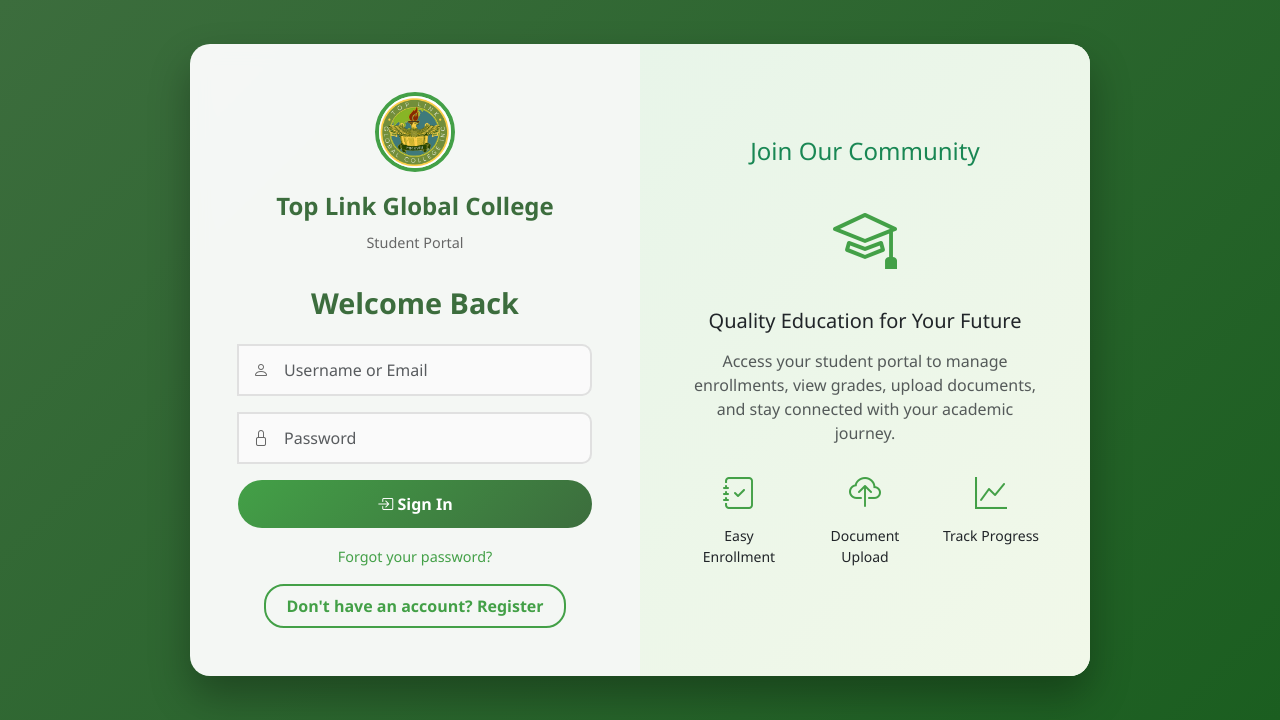
Repository: partymaker01/IT2C_Enrollment_System_SourceCode
Page: http://localhost/IT2C_Enrollment_System_SourceCode/logregfor/login.php
The author's editor kept a copy of each file at every save. The page is drawn from the files as they stood at one save, then again after the next save.
The browser window is 1280 px wide. The pictures show the whole page.
The page is run by PHP 8.4 with error messages shown; the project is at /var/www/html/.

Above is the page before, as saved 2025-06-08 22:54:23.

### logregfor/login.php
<?php
session_start();

// Redirect if already logged in
if (isset($_SESSION['student_id'])) {
    header("Location: ../student/student-dashboard.php");
    exit;
}

require_once '../db.php';

$message = '';
$messageType = '';

// Handle Registration
if ($_SERVER['REQUEST_METHOD'] === 'POST' && ($_POST['form_action'] ?? '') === 'register') {
    $username = trim($_POST['username'] ?? '');
    $firstName = trim($_POST['first_name'] ?? '');
    $middleName = trim($_POST['middle_name'] ?? '');
    $lastName = trim($_POST['last_name'] ?? '');
    $email = trim($_POST['email'] ?? '');
    $password = $_POST['password'] ?? '';
    $confirmPassword = $_POST['confirm_password'] ?? '';

    $errors = [];

    // Validation
    if (empty($username)) $errors[] = "Username is required.";
    if (empty($firstName)) $errors[] = "First name is required.";
    if (empty($lastName)) $errors[] = "Last name is required.";
    if (empty($email) || !filter_var($email, FILTER_VALIDATE_EMAIL)) $errors[] = "Valid email is required.";
    if (empty($password)) $errors[] = "Password is required.";
    if (strlen($password) < 6) $errors[] = "Password must be at least 6 characters long.";
    if ($password !== $confirmPassword) $errors[] = "Passwords do not match.";

    // Check if username or email already exists
    if (empty($errors)) {
        $stmt = $pdo->prepare("SELECT student_id FROM students WHERE username = ? OR email = ?");
        $stmt->execute([$username, $email]);
        if ($stmt->fetch()) {
            $errors[] = "Username or email already exists.";
        }
    }

    if (empty($errors)) {
        try {
            $hashedPassword = password_hash($password, PASSWORD_DEFAULT);
            $stmt = $pdo->prepare("INSERT INTO students (username, first_name, middle_name, last_name, email, password) VALUES (?, ?, ?, ?, ?, ?)");
            $stmt->execute([$username, $firstName, $middleName, $lastName, $email, $hashedPassword]);

            $message = "Registration successful! You can now log in.";
            $messageType = "success";
        } catch (PDOException $e) {
            $errors[] = "Registration failed. Please try again.";
        }
    }

    if (!empty($errors)) {
        $message = implode('<br>', $errors);
        $messageType = "danger";
    }
}

// Handle Login
if ($_SERVER['REQUEST_METHOD'] === 'POST' && ($_POST['form_action'] ?? '') === 'login') {
    $username = trim($_POST['username'] ?? '');
    $password = $_POST['password'] ?? '';

    if (empty($username) || empty($password)) {
        $message = "Please enter both username and password.";
        $messageType = "warning";
    } else {
        try {
            $stmt = $pdo->prepare("SELECT student_id, password, first_name FROM students WHERE username = ? OR email = ?");
            $stmt->execute([$username, $username]);
            $user = $stmt->fetch();

            if ($user && password_verify($password, $user['password'])) {
                $_SESSION['student_id'] = $user['student_id'];
                $_SESSION['student_name'] = $user['first_name'];
                $_SESSION['login_time'] = time();

                header("Location: ../student/student-dashboard.php");
                exit;
            } else {
                $message = "Invalid username/email or password.";
                $messageType = "danger";
            }
        } catch (PDOException $e) {
            $message = "Login failed. Please try again.";
            $messageType = "danger";
        }
    }
}
?>

<!DOCTYPE html>
<html lang="en">
<head>
    <meta charset="UTF-8">
    <meta name="viewport" content="width=device-width, initial-scale=1">
    <title>Student Portal - Top Link Global College</title>
    <link href="https://cdn.jsdelivr.net/npm/bootstrap@5.3.2/dist/css/bootstrap.min.css" rel="stylesheet">
    <link href="https://cdn.jsdelivr.net/npm/bootstrap-icons@1.11.0/font/bootstrap-icons.css" rel="stylesheet">
    <link rel="icon" href="../picture/tlgc_pic.jpg" type="image/x-icon">
    <style>
        :root {
            --primary-green:rgb(60, 109, 61);
            --light-green: #e8f5e9;
            --accent-green: #43a047;
            --hover-green: #c8e6c9;
            --dark-green: #1b5e20;
        }

        body {
            background: linear-gradient(135deg, var(--primary-green) 0%, var(--dark-green) 100%);
            min-height: 100vh;
            font-family: 'Segoe UI', Tahoma, Geneva, Verdana, sans-serif;
            display: flex;
            align-items: center;
            justify-content: center;
        }

        .login-container {
            background: rgba(255, 255, 255, 0.95);
            backdrop-filter: blur(10px);
            border-radius: 20px;
            box-shadow: 0 20px 40px rgba(0, 0, 0, 0.3);
            overflow: hidden;
            width: 100%;
            max-width: 900px;
            min-height: 600px;
            display: flex;
        }

        .login-form-section {
            flex: 1;
            padding: 3rem;
            display: flex;
            flex-direction: column;
            justify-content: center;
        }

        .register-form-section {
            flex: 1;
            padding: 3rem;
            display: flex;
            flex-direction: column;
            justify-content: center;
            background: linear-gradient(135deg, var(--light-green) 0%, #f1f8e9 100%);
        }

        .school-header {
            text-align: center;
            margin-bottom: 2rem;
        }

        .school-logo {
            width: 80px;
            height: 80px;
            object-fit: cover;
            border-radius: 50%;
            border: 4px solid var(--accent-green);
            margin-bottom: 1rem;
        }

        .school-name {
            color: var(--primary-green);
            font-weight: 700;
            font-size: 1.5rem;
            margin-bottom: 0.5rem;
        }

        .school-subtitle {
            color: #666;
            font-size: 0.9rem;
        }

        .form-title {
            color: var(--primary-green);
            font-weight: 700;
            font-size: 1.8rem;
            margin-bottom: 1.5rem;
            text-align: center;
        }

        .form-control {
            border: 2px solid #e0e0e0;
            border-radius: 10px;
            padding: 12px 15px;
            transition: all 0.3s ease;
            background-color: #fafafa;
        }

        .form-control:focus {
            border-color: var(--accent-green);
            box-shadow: 0 0 0 0.25rem rgba(67, 160, 71, 0.25);
            background-color: #fff;
        }

        .btn-login {
            background: linear-gradient(135deg, var(--accent-green) 0%, var(--primary-green) 100%);
            border: none;
            color: white;
            font-weight: 600;
            padding: 12px 30px;
            border-radius: 25px;
            transition: all 0.3s ease;
            width: 100%;
        }

        .btn-login:hover {
            transform: translateY(-2px);
            box-shadow: 0 8px 20px rgba(67, 160, 71, 0.4);
            color: white;
        }

        .btn-toggle {
            background: transparent;
            border: 2px solid var(--accent-green);
            color: var(--accent-green);
            font-weight: 600;
            padding: 8px 20px;
            border-radius: 20px;
            transition: all 0.3s ease;
            margin-top: 1rem;
        }

        .btn-toggle:hover {
            background: var(--accent-green);
            color: white;
        }

        .form-section {
            display: none;
        }

        .form-section.active {
            display: block;
        }

        .input-group {
            position: relative;
            margin-bottom: 1rem;
        }

        .input-group i {
            position: absolute;
            left: 15px;
            top: 50%;
            transform: translateY(-50%);
            color: #666;
            z-index: 10;
        }

        .input-group .form-control {
            padding-left: 45px;
        }

        .forgot-password {
            text-align: center;
            margin-top: 1rem;
        }

        .forgot-password a {
            color: var(--accent-green);
            text-decoration: none;
            font-size: 0.9rem;
        }

        .forgot-password a:hover {
            text-decoration: underline;
        }

        @media (max-width: 768px) {
            .login-container {
                flex-direction: column;
                margin: 1rem;
                min-height: auto;
            }

            .login-form-section,
            .register-form-section {
                padding: 2rem;
            }
        }
    </style>
</head>
<body>
    <div class="login-container">
        <!-- Login Section -->
        <div class="login-form-section">
            <div class="school-header">
                <img src="../picture/tlgc_pic.jpg" alt="School Logo" class="school-logo">
                <div class="school-name">Top Link Global College</div>
                <div class="school-subtitle">Student Portal</div>
            </div>

            <?php if ($message): ?>
                <div class="alert alert-<?= $messageType ?> alert-dismissible fade show" role="alert">
                    <?= $message ?>
                    <button type="button" class="btn-close" data-bs-dismiss="alert"></button>
                </div>
            <?php endif; ?>

            <!-- Login Form -->
            <div class="form-section active" id="loginForm">
                <h3 class="form-title">Welcome Back</h3>
                <form method="POST" action="">
                    <input type="hidden" name="form_action" value="login">

                    <div class="input-group">
                        <i class="bi bi-person"></i>
                        <input type="text" class="form-control" name="username" placeholder="Username or Email" required>
                    </div>

                    <div class="input-group">
                        <i class="bi bi-lock"></i>
                        <input type="password" class="form-control" name="password" placeholder="Password" required>
                    </div>

                    <button type="submit" class="btn-login">
                        <i class="bi bi-box-arrow-in-right"></i> Sign In
                    </button>
                </form>

                <div class="forgot-password">
                    <a href="forgot-password.php">Forgot your password?</a>
                </div>

                <div class="text-center">
                    <button type="button" class="btn-toggle" onclick="toggleForm()">
                        Don't have an account? Register
                    </button>
                </div>
            </div>

            <!-- Register Form -->
            <div class="form-section" id="registerForm">
                <h3 class="form-title">Create Account</h3>
                <form method="POST" action="">
                    <input type="hidden" name="form_action" value="register">

                    <div class="row">
                        <div class="col-md-6">
                            <div class="input-group">
                                <i class="bi bi-person"></i>
                                <input type="text" class="form-control" name="username" placeholder="Username" required>
                            </div>
                        </div>
                        <div class="col-md-6">
                            <div class="input-group">
                                <i class="bi bi-envelope"></i>
                                <input type="email" class="form-control" name="email" placeholder="Email" required>
                            </div>
                        </div>
                    </div>

                    <div class="row">
                        <div class="col-md-4">
                            <div class="input-group">
                                <i class="bi bi-person-badge"></i>
                                <input type="text" class="form-control" name="first_name" placeholder="First Name" required>
                            </div>
                        </div>
                        <div class="col-md-4">
                            <div class="input-group">
                                <i class="bi bi-person-badge"></i>
                                <input type="text" class="form-control" name="middle_name" placeholder="Middle Name">
                            </div>
                        </div>
                        <div class="col-md-4">
                            <div class="input-group">
                                <i class="bi bi-person-badge"></i>
                                <input type="text" class="form-control" name="last_name" placeholder="Last Name" required>
                            </div>
                        </div>
                    </div>

                    <div class="row">
                        <div class="col-md-6">
                            <div class="input-group">
                                <i class="bi bi-lock"></i>
                                <input type="password" class="form-control" name="password" placeholder="Password" required>
                            </div>
                        </div>
                        <div class="col-md-6">
                            <div class="input-group">
                                <i class="bi bi-lock-fill"></i>
                                <input type="password" class="form-control" name="confirm_password" placeholder="Confirm Password" required>
                            </div>
                        </div>
                    </div>

                    <button type="submit" class="btn-login">
                        <i class="bi bi-person-plus"></i> Create Account
                    </button>
                </form>

                <div class="text-center">
                    <button type="button" class="btn-toggle" onclick="toggleForm()">
                        Already have an account? Sign In
                    </button>
                </div>
            </div>
        </div>

        <!-- Info Section -->
        <div class="register-form-section">
            <div class="text-center">
                <h4 class="text-success mb-4">Join Our Community</h4>
                <div class="mb-4">
                    <i class="bi bi-mortarboard" style="font-size: 4rem; color: var(--accent-green);"></i>
                </div>
                <h5 class="mb-3">Quality Education for Your Future</h5>
                <p class="text-muted mb-4">
                    Access your student portal to manage enrollments, view grades,
                    upload documents, and stay connected with your academic journey.
                </p>
                <div class="row text-center">
                    <div class="col-4">
                        <i class="bi bi-journal-check" style="font-size: 2rem; color: var(--accent-green);"></i>
                        <p class="small mt-2">Easy Enrollment</p>
                    </div>
                    <div class="col-4">
                        <i class="bi bi-cloud-upload" style="font-size: 2rem; color: var(--accent-green);"></i>
                        <p class="small mt-2">Document Upload</p>
                    </div>
                    <div class="col-4">
                        <i class="bi bi-graph-up" style="font-size: 2rem; color: var(--accent-green);"></i>
                        <p class="small mt-2">Track Progress</p>
                    </div>
                </div>
            </div>
        </div>
    </div>

    <script src="https://cdn.jsdelivr.net/npm/bootstrap@5.3.2/dist/js/bootstrap.bundle.min.js"></script>
    <script>
        function toggleForm() {
            const loginForm = document.getElementById('loginForm');
            const registerForm = document.getElementById('registerForm');

            if (loginForm.classList.contains('active')) {
                loginForm.classList.remove('active');
                registerForm.classList.add('active');
            } else {
                registerForm.classList.remove('active');
                loginForm.classList.add('active');
            }
        }

        // Form validation
        document.querySelectorAll('form').forEach(form => {
            form.addEventListener('submit', function(e) {
                const passwords = this.querySelectorAll('input[type="password"]');
                if (passwords.length === 2) {
                    if (passwords[0].value !== passwords[1].value) {
                        e.preventDefault();
                        alert('Passwords do not match!');
                        return false;
                    }
                    if (passwords[0].value.length < 6) {
                        e.preventDefault();
                        alert('Password must be at least 6 characters long!');
                        return false;
                    }
                }
            });
        });
    </script>
</body>
</html>

### db.php
<?php
$servername = "localhost";
$username = "root";
$password = "";
$database = "enrollment_system";

// Create connection
$conn = new mysqli($servername, $username, $password, $database);

// Check connection
if ($conn->connect_error) {
    die("Connection failed: " . $conn->connect_error);
}
?>

After the next save:
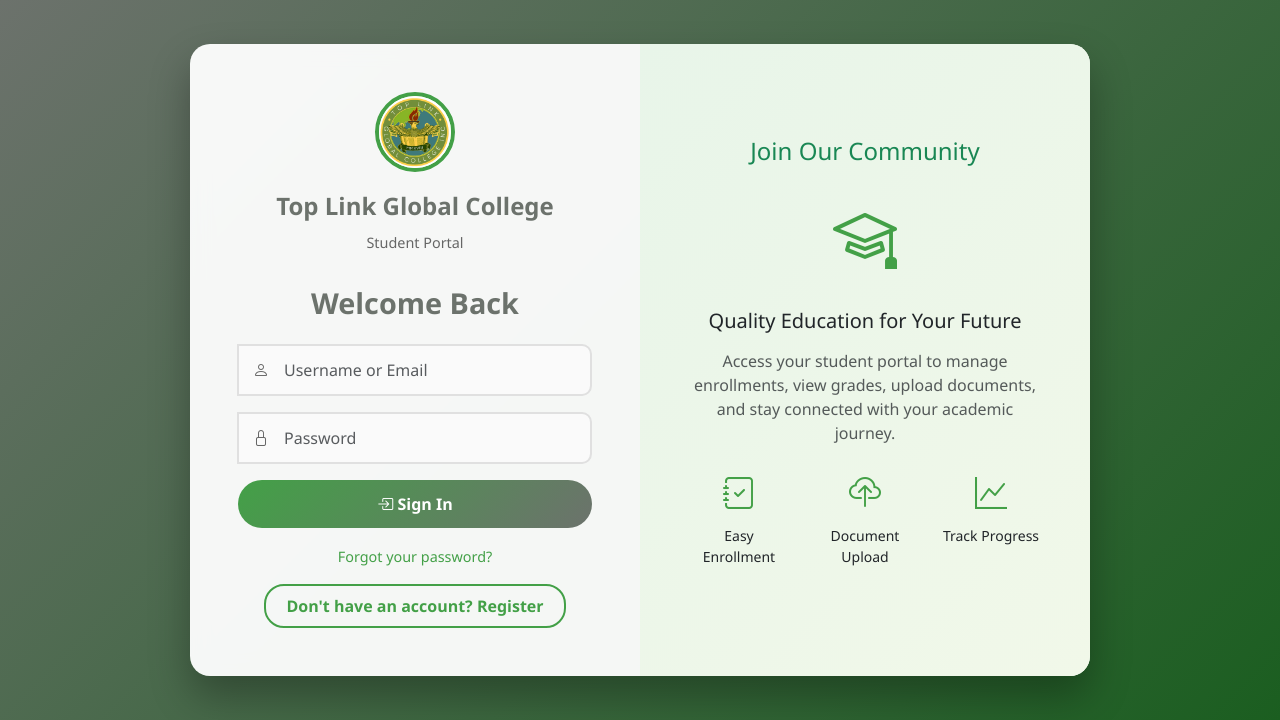
Saved 74 s later.
--- a/logregfor/login.php
+++ b/logregfor/login.php
@@ -105,7 +105,7 @@
     <link rel="icon" href="../picture/tlgc_pic.jpg" type="image/x-icon">
     <style>
         :root {
-            --primary-green:rgb(60, 109, 61);
+            --primary-green:rgb(108, 114, 108);
             --light-green: #e8f5e9;
             --accent-green: #43a047;
             --hover-green: #c8e6c9;
